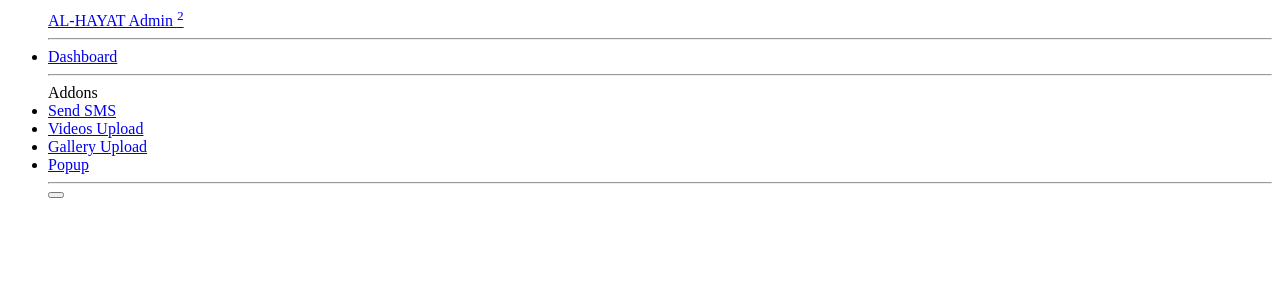
Repository: aache/alhayat
Page: http://localhost/admin/sidebar.php
An editor plug-in stored every save of this project. The page is shown before and after the next save, followed by the edit.
The browser window is 1280 px wide. The pictures show the whole page.
The page is run by PHP 8.4 with error messages shown; the project is at /var/www/html/.

Above is the page before, as saved 2019-04-26 21:08:02.

### admin/sidebar.php
<ul class="navbar-nav bg-gradient-primary sidebar sidebar-dark accordion" id="accordionSidebar">

<!-- Sidebar - Brand -->
<a class="sidebar-brand d-flex align-items-center justify-content-center" href="index.html">
  <div class="sidebar-brand-icon rotate-n-15">
    <i class="fas fa-laugh-wink"></i>
  </div>
  <div class="sidebar-brand-text mx-3">AL-HAYAT Admin <sup>2</sup></div>
</a>

<!-- Divider -->
<hr class="sidebar-divider my-0">

<!-- Nav Item - Dashboard -->
<li class="nav-item active">
  <a class="nav-link" href="index.php">
    <i class="fas fa-fw fa-tachometer-alt"></i>
    <span>Dashboard</span></a>
</li>

<!-- Divider -->
<hr class="sidebar-divider">

<!-- Heading -->
<div class="sidebar-heading">
  Addons
</div>

<!-- Nav Item - Charts -->
<li class="nav-item">
  <a class="nav-link" href="send_sms.php">
    <i class="fas fa-fw fa-chart-area"></i>
    <span>Send SMS</span></a>
</li>

<!-- Nav Item - Charts -->
<li class="nav-item">
  <a class="nav-link" href="videos_upload.php">
    <i class="fas fa-fw fa-chart-area"></i>
    <span>Videos Upload</span></a>
</li>

<!-- Nav Item - Charts -->
<li class="nav-item">
  <a class="nav-link" href="gallery_upload.php">
    <i class="fas fa-fw fa-chart-area"></i>
    <span>Gallery Upload</span></a>
</li>

<li class="nav-item">
  <a class="nav-link" href="popup_setting.php">
    <i class="fas fa-fw fa-chart-area"></i>
    <span>Popup</span></a>
</li>

<!-- Divider -->
<hr class="sidebar-divider d-none d-md-block">

<!-- Sidebar Toggler (Sidebar) -->
<div class="text-center d-none d-md-inline">
  <button class="rounded-circle border-0" id="sidebarToggle"></button>
</div>

</ul>

After the next save:
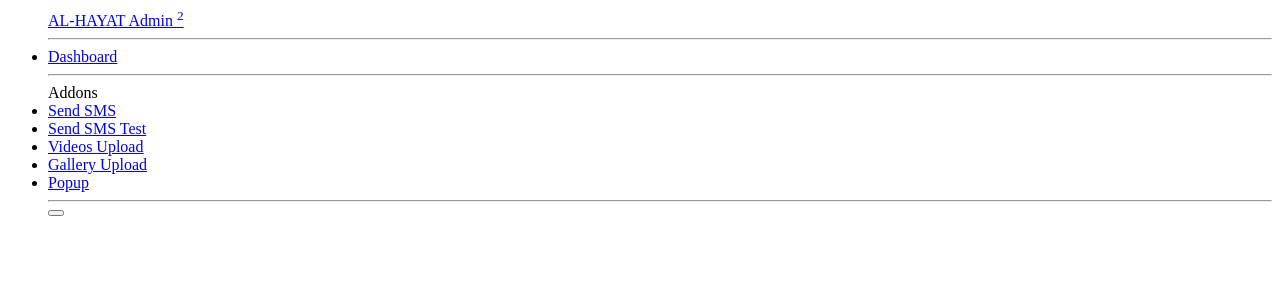
Saved 2 min 2 s later.
--- a/admin/sidebar.php
+++ b/admin/sidebar.php
@@ -33,6 +33,12 @@
     <span>Send SMS</span></a>
 </li>
 
+<li class="nav-item">
+  <a class="nav-link" href="send_sms.php">
+    <i class="fas fa-fw fa-chart-area"></i>
+    <span>Send SMS Test</span></a>
+</li>
+
 <!-- Nav Item - Charts -->
 <li class="nav-item">
   <a class="nav-link" href="videos_upload.php">
